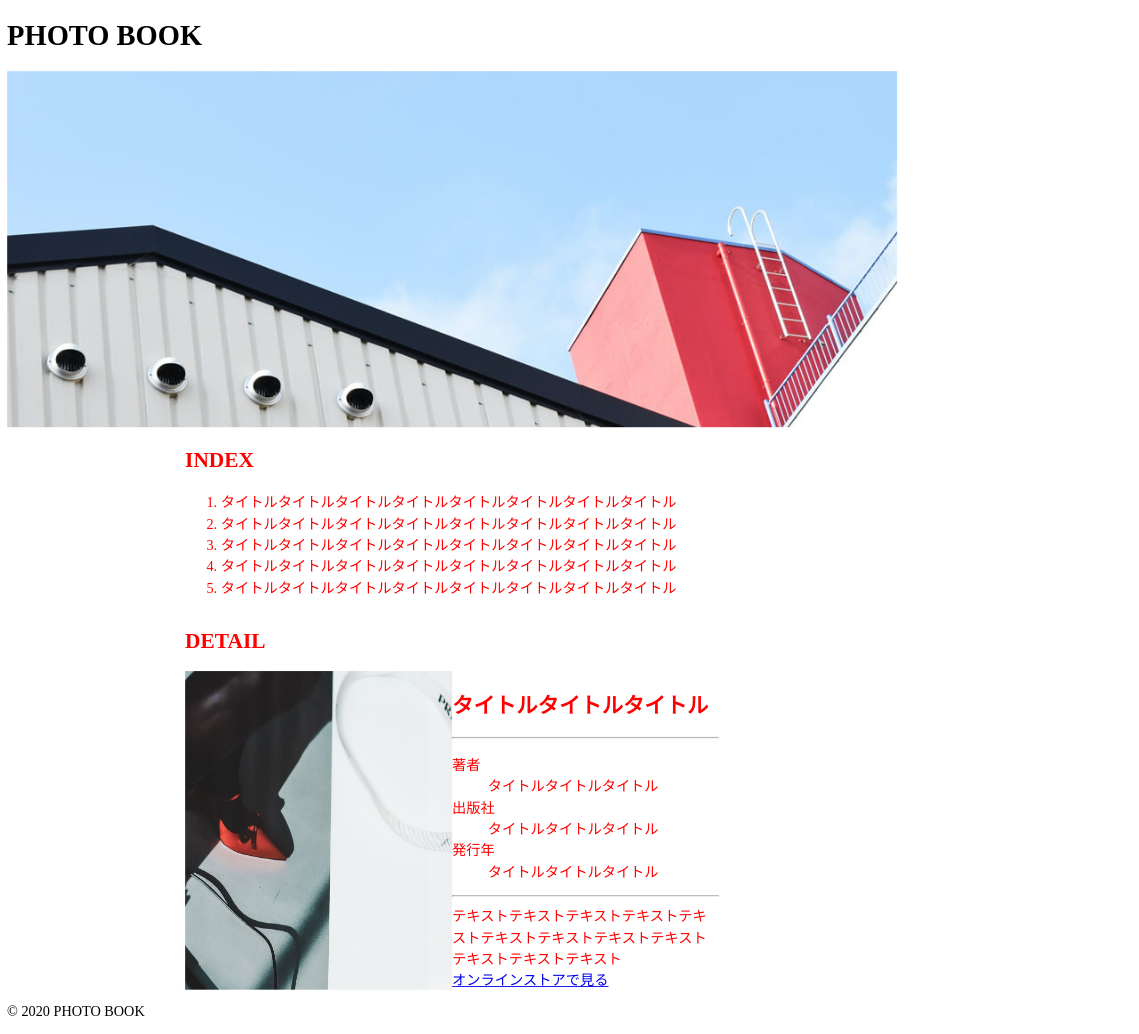
Repository: daytime/LP-study
Page: photo_book/index.html
The author's editor kept a copy of each file at every save. The page is drawn from the files as they stood at one save, then again after the next save.
The browser window is 1280 px wide. The pictures show the whole page, at 89% of full size.

Above is the page before, as saved 2025-02-03 12:51:12.

After the next save:
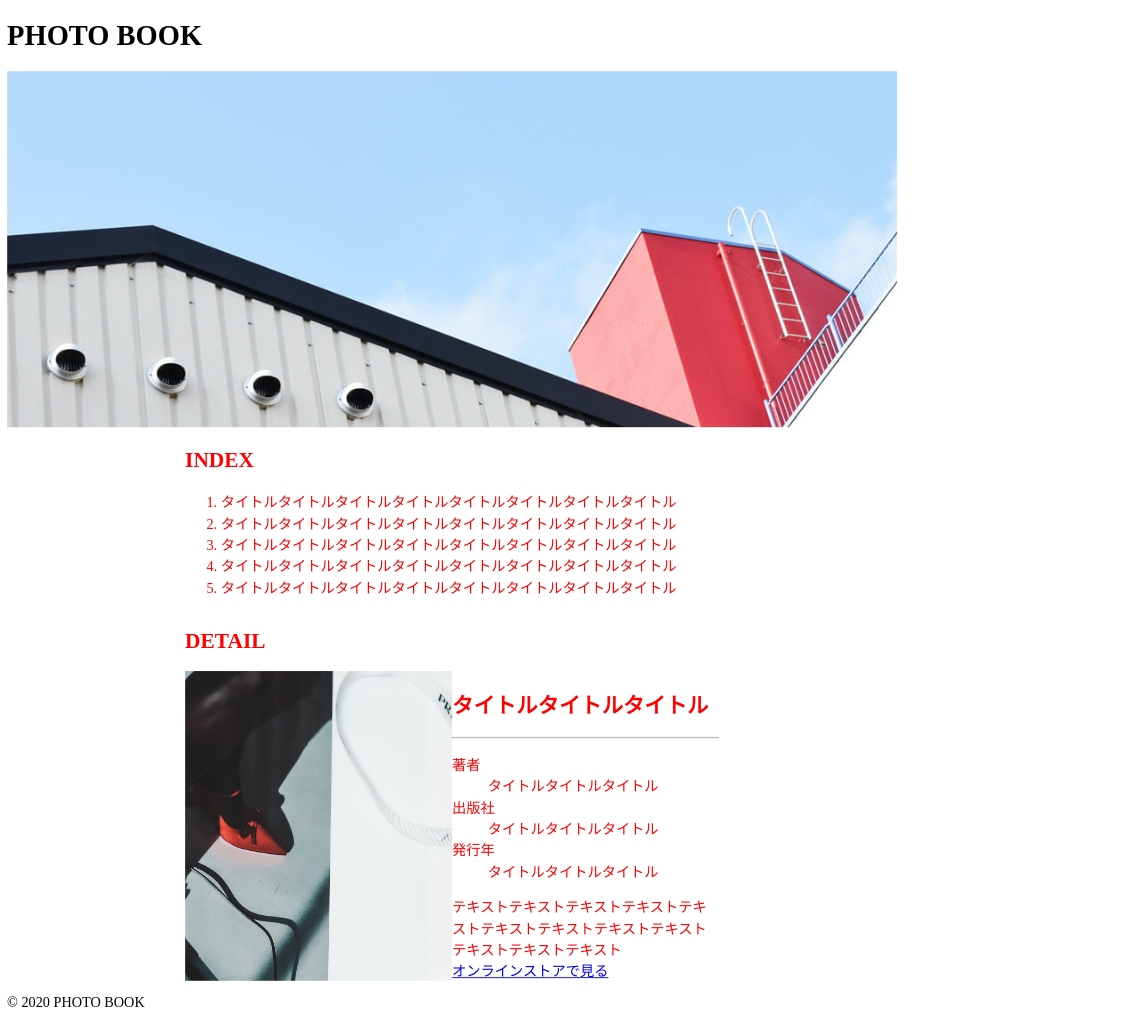
Saved 9 s later.
--- a/photo_book/index.html
+++ b/photo_book/index.html
@@ -44,7 +44,7 @@
                   <dt>発行年</dt>
                   <dd>タイトルタイトルタイトル</dd>
                 </dl>
-                <hr/>
+                <!-- <hr/> -->
                 <div class="main">
                   テキストテキストテキストテキストテキストテキストテキストテキストテキストテキストテキストテキスト
               </div>
